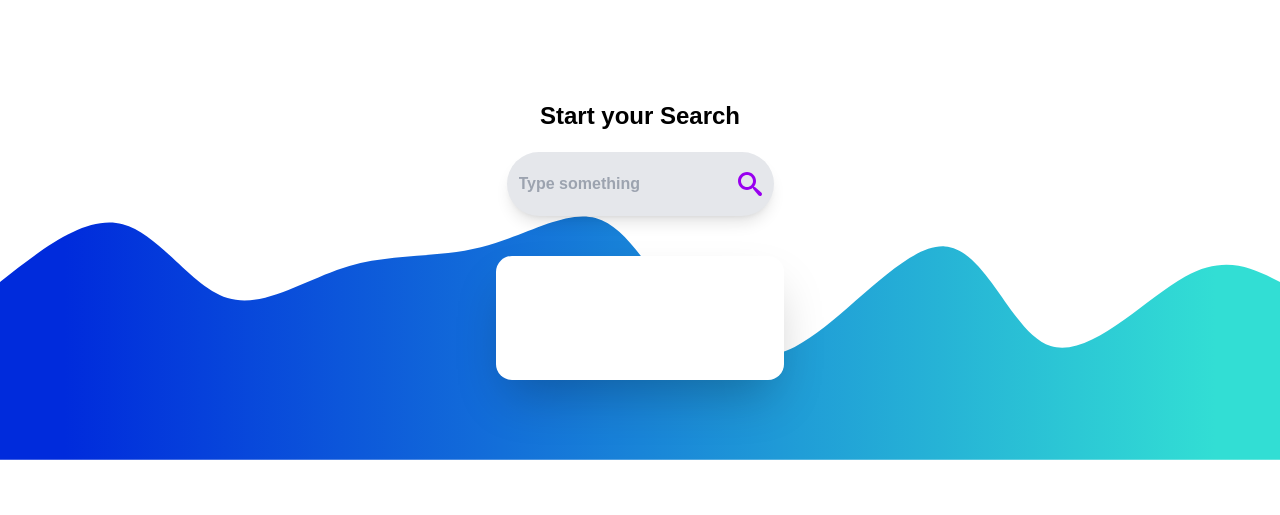
Repository: evergreenx/dictionary-octo
Page: /
These files come from the project's save history. The page is drawn as it stood at one moment and after a run of saves; the edit follows.
The browser window is 1280 px wide. The pictures show the whole page.
The page's requests for data from a server got no answer. The project was rebuilt for these pictures with package versions that can differ from the ones it lists, and the page was loaded fresh each time. The framework's server and built-in components were replaced by stand-ins that run in the browser. No one was signed in, and anything a server would have sent is missing. Also part of the build but not shown: next.config.js.

Above is the page before, as saved 2022-04-30 16:34:02.

After the next 2 saves:
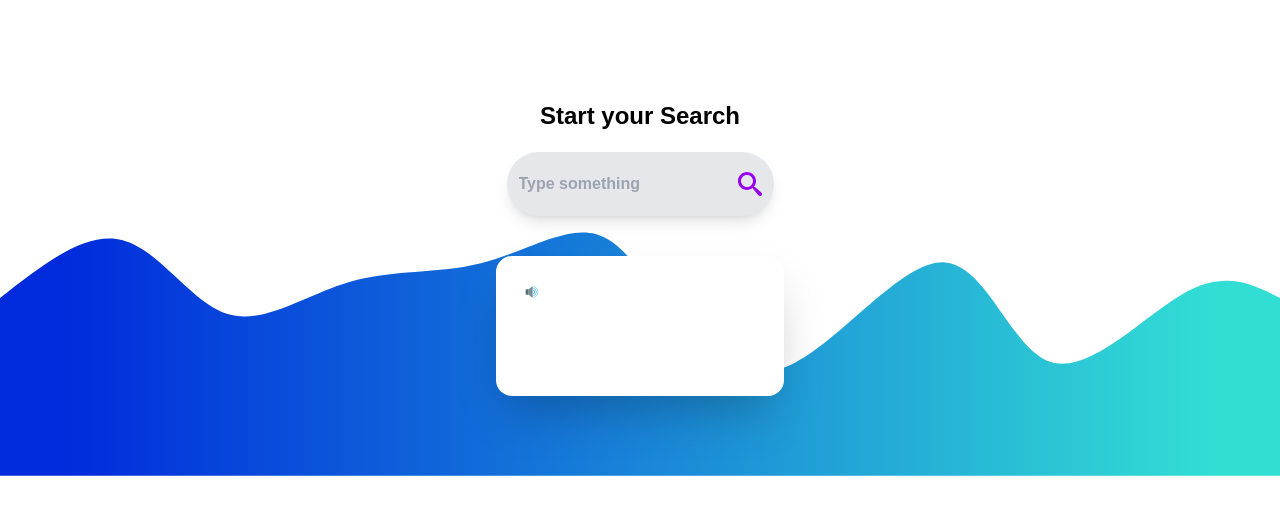
The 2 saves are shown as one change because they came seconds apart.
The last was saved 7 s later.
--- a/components/RandomWord.js
+++ b/components/RandomWord.js
@@ -5,7 +5,9 @@ const RandomWord = ({ data }) => {
   const { word, phonetics, meanings } = data;
   return (
     <div className="bg-white rounded-2xl shadow-2xl p-7 w-72 container h-auto mx-auto">
-      <h2 className="font-bold text-2xl">{word}</h2>
+          <h2 className="font-bold text-2xl">{word}</h2>
+
+          <FcSpeaker />
 
       <p className="text-gray-400 pt-5 pb-2">
         {phonetics?.map((phonetic, index) => {
